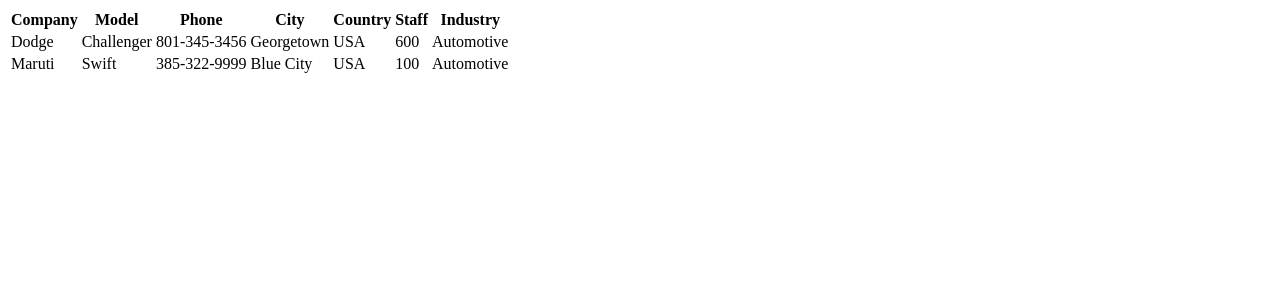
Repository: vgoins-RA2022/HTML-2
Page: index.html
An editor plug-in stored every save of this project. The page is shown before and after a run of saves, followed by the edit.
The browser window is 1280 px wide. The pictures show the whole page.

Above is the page before, as saved 2023-01-10 18:48:12.

After the next 2 saves:
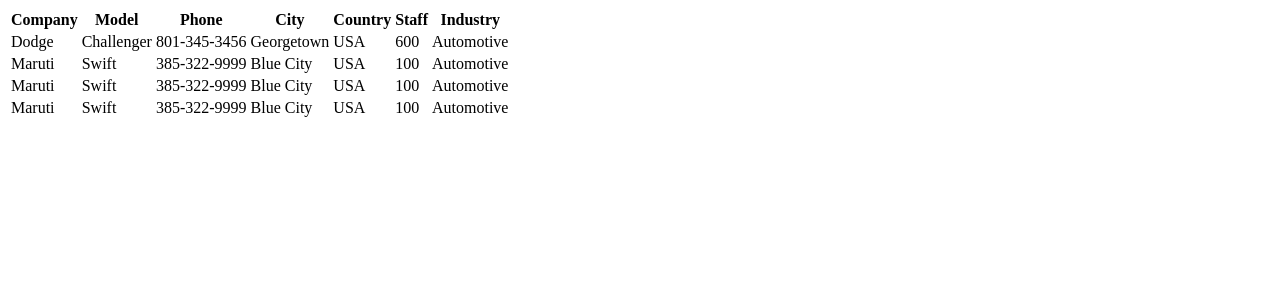
The 2 saves are shown as one change because they came seconds apart.
The last was saved 16 s later.
--- a/index.html
+++ b/index.html
@@ -43,6 +43,23 @@
         <td>100</td>
         <td>Automotive</td>
       </tr>
+      <tr>
+        <td>Maruti</td>
+        <td>Swift</td>
+        <td>385-322-9999</td>
+        <td>Blue City</td>
+        <td>USA</td>
+        <td>100</td>
+        <td>Automotive</td>
+      </tr><tr>
+        <td>Maruti</td>
+        <td>Swift</td>
+        <td>385-322-9999</td>
+        <td>Blue City</td>
+        <td>USA</td>
+        <td>100</td>
+        <td>Automotive</td>
+      </tr>
     </tbody>
   </table>
 
